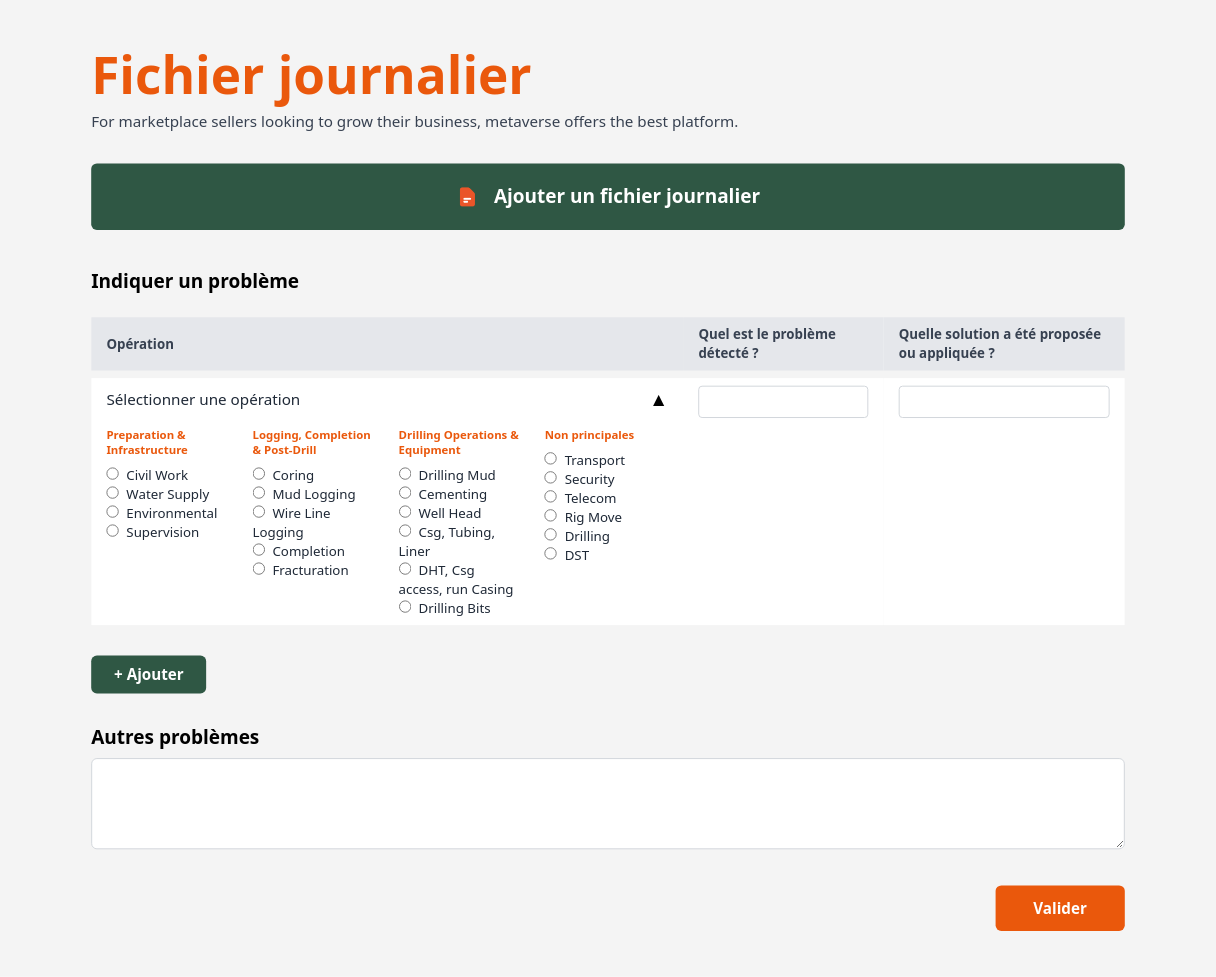
Repository: 123455675848484848484884848484/Projet_2cs
Page: /file (app in front/)
The author's editor kept a copy of each file at every save. The page is drawn from the files as they stood at one save, then again after the next save.
The browser window is 1280 px wide. The pictures show the whole page, at 95% of full size.
The project was rebuilt for these pictures with package versions that can differ from the ones it lists, and the page was loaded fresh each time. Also part of the build but not shown: front/src/App.css, front/src/LancerPuit.jsx, front/src/InformationPuit.jsx, front/src/Login.jsx, front/src/MesPuits.jsx, front/src/PhasesPrevision.jsx, front/src/OperationsPrevision.jsx.

Above is the page before, as saved 2025-04-24 11:25:07.

After the next save:
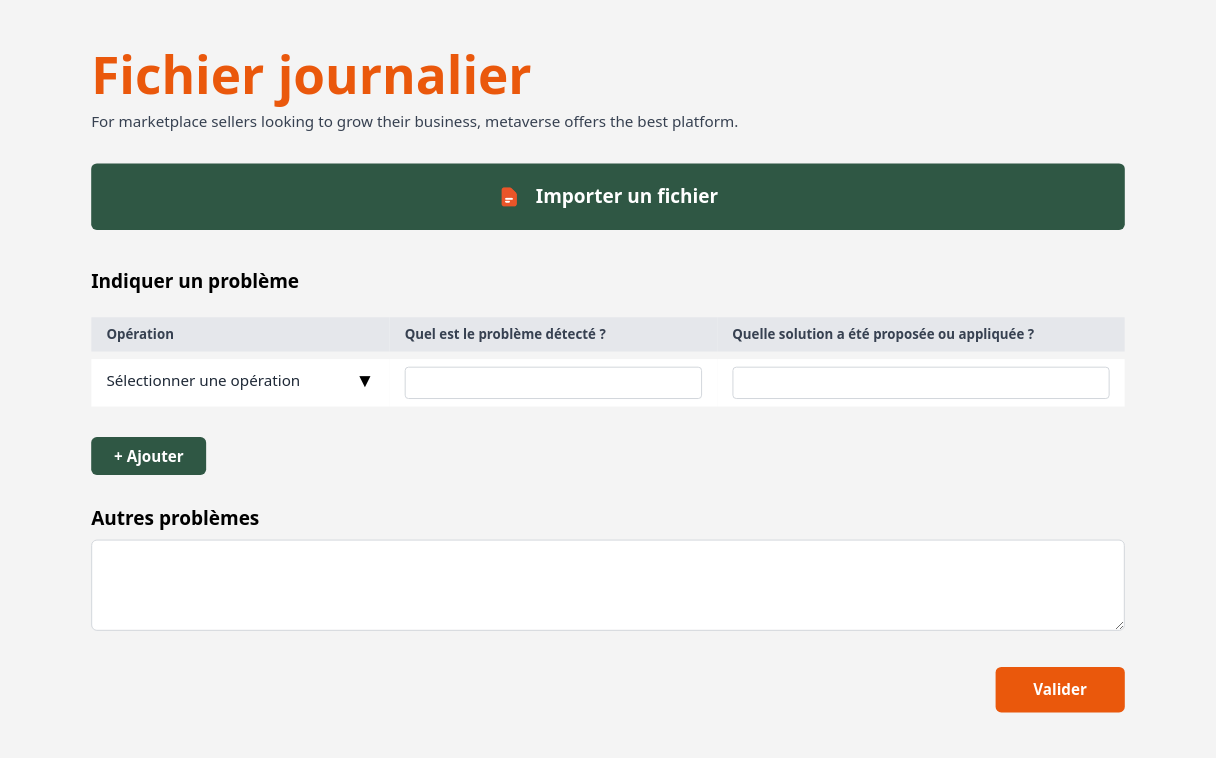
Saved 6 min 23 s later.
--- a/front/src/FichierJournalier.jsx
+++ b/front/src/FichierJournalier.jsx
@@ -2,11 +2,11 @@ import React, { useState } from "react";
 
 const FichierJournalier = () => {
   const [problems, setProblems] = useState([
-    { operation: "", probleme: "", solution: "" },
+    { operation: [], probleme: "", solution: "" },
   ]);
   const [autresProblemes, setAutresProblemes] = useState("");
   const [selectedFiles, setSelectedFiles] = useState([]);
-  const [openRows, setOpenRows] = useState([true]);
+  const [openRows, setOpenRows] = useState([false]);
 
   const handleChange = (index, field, value) => {
     const updated = [...problems];
@@ -15,7 +15,7 @@ const FichierJournalier = () => {
   };
 
   const handleAddRow = () => {
-    setProblems([...problems, { operation: "", probleme: "", solution: "" }]);
+    setProblems([...problems, { operation: [], probleme: "", solution: "" }]);
     setOpenRows([...openRows, false]);
   };
 
@@ -26,8 +26,8 @@ const FichierJournalier = () => {
   };
 
   const handleFileChange = (e) => {
-    const files = Array.from(e.target.files);
-    setSelectedFiles([...selectedFiles, ...files]);
+    const filesArray = Array.from(e.target.files);
+    setSelectedFiles((prev) => [...prev, ...filesArray]);
   };
 
   const operationsGroups = [
@@ -71,20 +71,16 @@ const FichierJournalier = () => {
         For marketplace sellers looking to grow their business, metaverse offers the best platform.
       </p>
 
-      <div className="flex flex-col gap-2 mb-10">
-        <label className="bg-[#2f5744] cursor-pointer text-white text-[20px] font-semibold py-5 rounded-md flex justify-center items-center gap-4">
-          <img src="/file.png" alt="icon" className="w-6 h-6" />
-          Ajouter un fichier journalier
-          <input type="file" multiple className="hidden" onChange={handleFileChange} />
-        </label>
-        {selectedFiles.length > 0 && (
-          <ul className="text-sm text-gray-700 pl-2 list-disc">
-            {selectedFiles.map((file, index) => (
-              <li key={index}>{file.name}</li>
-            ))}
-          </ul>
-        )}
-      </div>
+      <label className="bg-[#2f5744] cursor-pointer text-white text-center text-[20px] font-semibold py-5 rounded-md flex justify-center items-center gap-4 mb-4">
+        <img src="/file.png" alt="icon" className="w-6 h-6" />
+        Importer un fichier
+        <input type="file" multiple className="hidden" onChange={handleFileChange} />
+      </label>
+      <ul className="mb-10 text-sm text-gray-800 pl-4 list-disc">
+        {selectedFiles.map((file, idx) => (
+          <li key={idx}>{file.name}</li>
+        ))}
+      </ul>
 
       <h2 className="text-xl font-semibold mb-4">Indiquer un problème</h2>
       <div className="overflow-x-auto mb-6">
@@ -109,7 +105,7 @@ const FichierJournalier = () => {
                     }}
                   >
                     <span className="text-gray-800">
-                      {row.operation ? row.operation : "Sélectionner une opération"}
+                      {row.operation.length > 0 ? row.operation[0] : "Sélectionner une opération"}
                     </span>
                     <span className="text-xl">{openRows[index] ? "▲" : "▼"}</span>
                   </div>
@@ -127,8 +123,8 @@ const FichierJournalier = () => {
                                 type="radio"
                                 name={`operation-${index}`}
                                 value={item}
-                                checked={row.operation === item}
-                                onChange={(e) => handleChange(index, "operation", e.target.value)}
+                                checked={row.operation[0] === item}
+                                onChange={(e) => handleChange(index, "operation", [e.target.value])}
                                 className="mr-2"
                               />
                               {item}
@@ -144,7 +140,7 @@ const FichierJournalier = () => {
                     type="text"
                     value={row.probleme}
                     onChange={(e) => handleChange(index, "probleme", e.target.value)}
-                    className="w-full border border-gray-300 rounded px-2 py-1 focus:outline-none focus:ring-0 focus:border-orange-600"
+                    className="w-full border border-gray-300 rounded px-2 py-1 focus:outline-none focus:ring-0 focus:border-orange-600 text-gray-900"
                   />
                 </td>
                 <td className="px-4 py-2 align-top">
@@ -152,7 +148,7 @@ const FichierJournalier = () => {
                     type="text"
                     value={row.solution}
                     onChange={(e) => handleChange(index, "solution", e.target.value)}
-                    className="w-full border border-gray-300 rounded px-2 py-1 focus:outline-none focus:ring-0 focus:border-orange-600"
+                    className="w-full border border-gray-300 rounded px-2 py-1 focus:outline-none focus:ring-0 focus:border-orange-600 text-gray-900"
                   />
                 </td>
               </tr>
@@ -170,7 +166,7 @@ const FichierJournalier = () => {
 
       <h2 className="text-xl font-semibold mb-2">Autres problèmes</h2>
       <textarea
-        className="w-full h-24 border border-gray-300 rounded-md p-3 mb-8 focus:outline-none focus:ring-0 focus:border-orange-600"
+        className="w-full h-24 border border-gray-300 rounded-md p-3 mb-8 focus:outline-none focus:ring-0 focus:border-orange-600 text-gray-900"
         placeholder=""
         value={autresProblemes}
         onChange={(e) => setAutresProblemes(e.target.value)}
